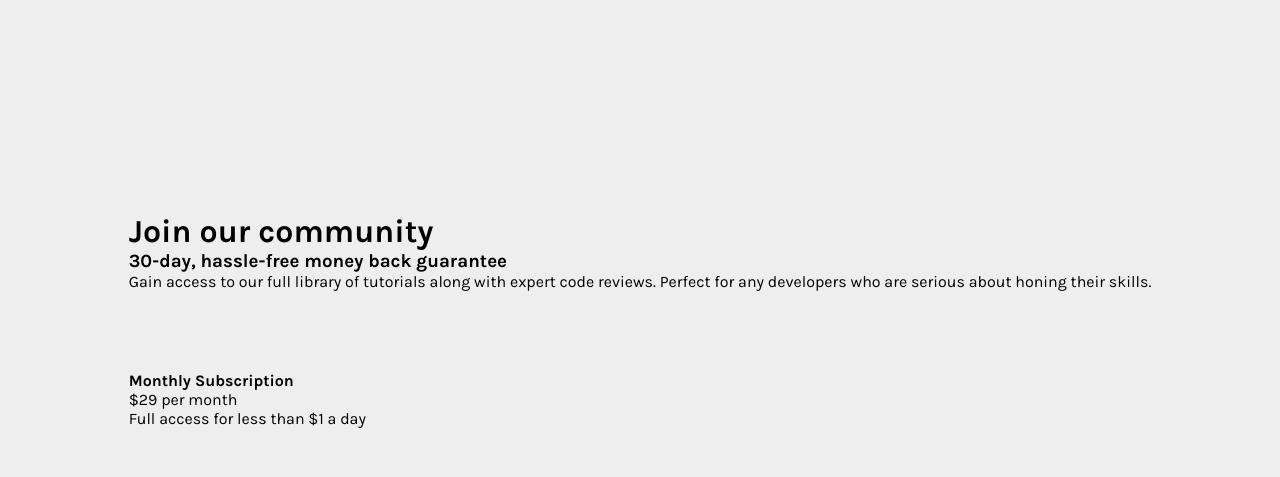
Repository: Akashiii1/WebSingleGrid_Day3
Page: index.html
The author's editor kept a copy of each file at every save. The page is drawn from the files as they stood at one save, then again after the next save.
The browser window is 1280 px wide. The pictures show the whole page.

Above is the page before, as saved 2021-12-22 00:56:07.

### index.html
<!DOCTYPE html>
<html lang="en">
<head>
  <meta charset="UTF-8">
  <meta name="viewport" content="width=device-width, initial-scale=1.0"> <!-- displays site properly based on user's device -->

  <link rel="icon" type="image/png" sizes="32x32" href="./images/favicon-32x32.png">

  <title>Frontend Mentor | Single Price Grid Component</title>

  <!-- Feel free to remove these styles or customise in your own stylesheet 👍 -->
  <link rel="stylesheet" href="style.css">
  <style>
    .attribution { font-size: 11px; text-align: center; }
    .attribution a { color: hsl(228, 45%, 44%); }
  </style>
</head>
<body>
  <!-- Join our community

  30-day, hassle-free money back guarantee

  Gain access to our full library of tutorials along with expert code reviews.
  Perfect for any developers who are serious about honing their skills.

  Monthly Subscription

  &dollar;29 per month

  Full access for less than &dollar;1 a day

  Sign Up

  Why Us

  Tutorials by industry experts
  Peer &amp; expert code review
  Coding exercises
  Access to our GitHub repos
  Community forum
  Flashcard decks
  New videos every week -->
  <div class="wrapper">
    <div class="container">
      <div class="box">
        <h1>Join our community</h1>
        <h3>30-day, hassle-free money back guarantee</h3>
        <p>Gain access to our full library of tutorials along with expert code reviews.
          Perfect for any developers who are serious about honing their skills.</p>
      </div>
      <div class="box">
        <h4> Monthly Subscription</h4>
        <span>&dollar;29 per month</span>
        <p>Full access for less than &dollar;1 a day</p>
      </div>
      <div class="box"></div>
    </div>
  </div>
  <!-- <footer>
    <p class="attribution">
      Challenge by <a href="https://www.frontendmentor.io?ref=challenge" target="_blank">Frontend Mentor</a>.
      Coded by <a href="#">Your Name Here</a>.
    </p>
  </footer> -->
</body>
</html>

### style.css

@import url('https://fonts.googleapis.com/css2?family=Karla:wght@400;700&display=swap');
:root{
  --Cyan: hsl(179, 62%, 43%);
 --BrightYellow: hsl(71, 73%, 54%);
 --LightGray: hsl(204, 43%, 93%);
 --GrayishBlue: hsl(218, 22%, 67%);
}
html {
box-sizing: border-box;
}
*{
margin: 0;
padding: 0;
}
*,*:before,*:after {
box-sizing: border-box;
}
input,
textarea,
select,
button{
outline: none;
}
input{
line-height: normal;
}
label,
button{
cursor: pointer;
}
a {
text-decoration: none;
}
img {
display: block;
max-width: 100%;
}
body{
  font-family: 'Karla', sans-serif;
  display: flex;
  justify-content: center;
  align-items: center;
  min-height: 100vh;
  background-color: #eee;
}
.box{
  padding: 40px;
}

After the next save:
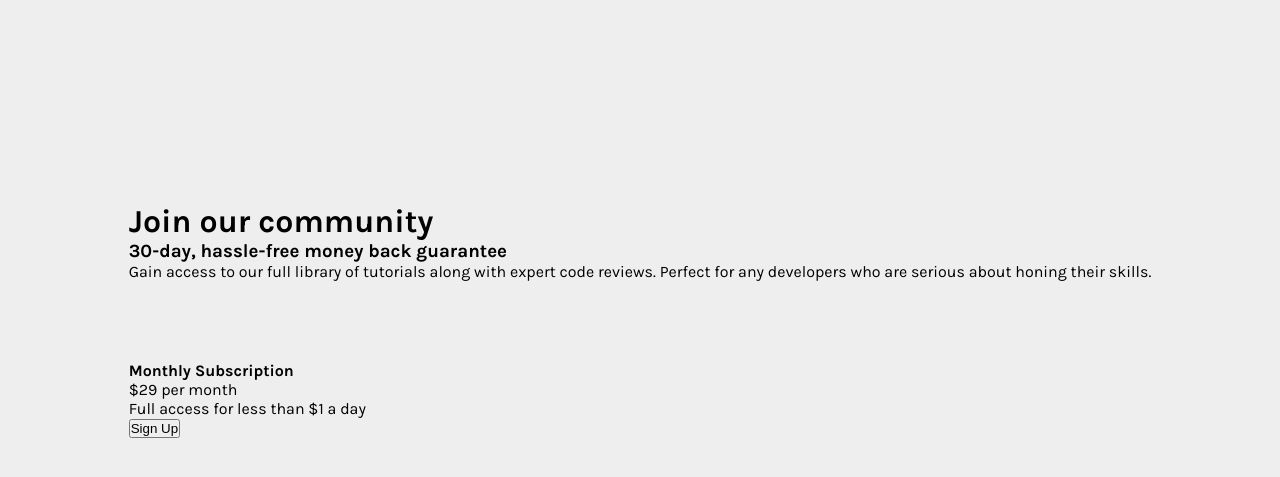
Saved 15 s later.
--- a/index.html
+++ b/index.html
@@ -52,6 +52,7 @@
         <h4> Monthly Subscription</h4>
         <span>&dollar;29 per month</span>
         <p>Full access for less than &dollar;1 a day</p>
+        <button class="btn">Sign Up</button>
       </div>
       <div class="box"></div>
     </div>
